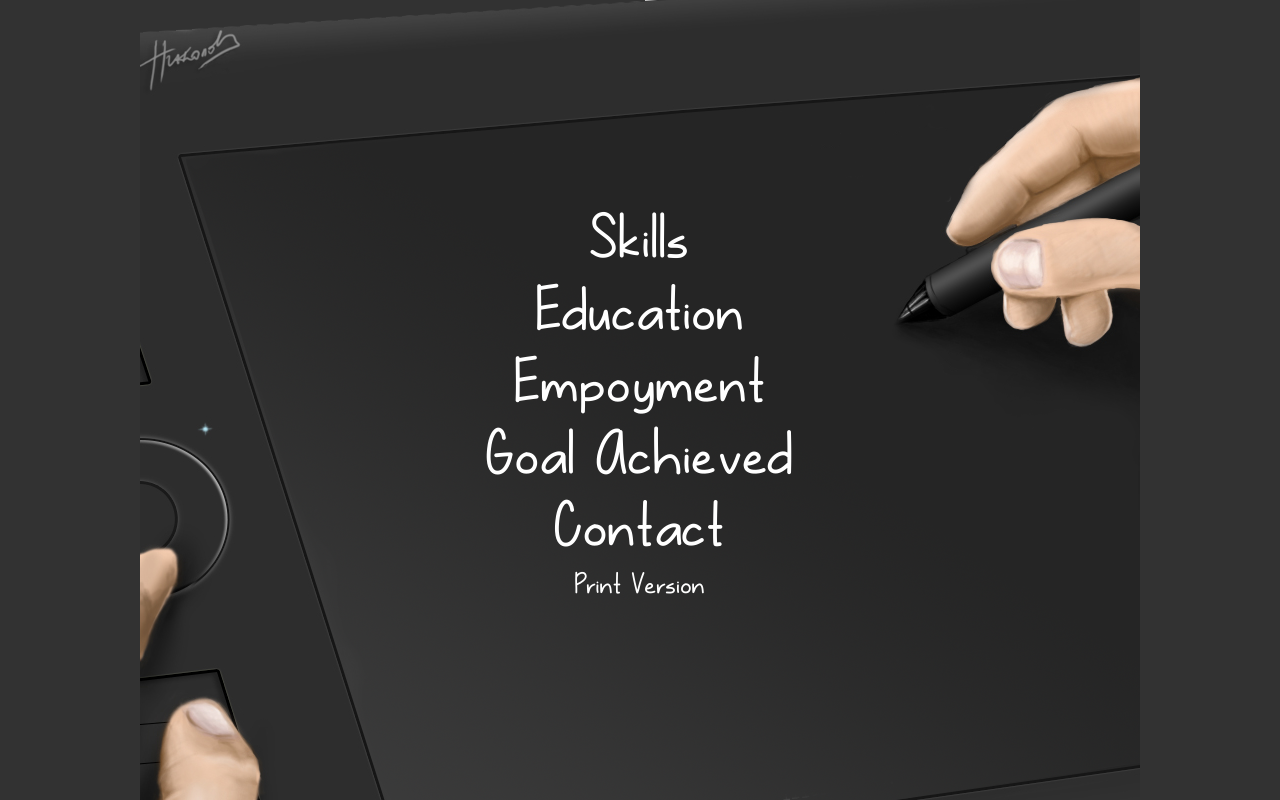
Repository: nikichanko/cv
Page: index.html
The author's editor kept a copy of each file at every save. The page is drawn from the files as they stood at one save, then again after the next save.
The browser window is 1280 px wide. The pictures show the whole page.

Above is the page before, as saved 2018-08-10 00:42:35.

### index.html
<!DOCTYPE html>
<html>
  <head>
    <link rel="stylesheet" type="text/css" href="css/styles.css">
    <meta name="viewport" content="width=device-width, initial-scale=1">
    <link rel="stylesheet" type="text/css" href="css/scroll.css">
    <script src="https://ajax.googleapis.com/ajax/libs/jquery/3.3.1/jquery.min.js"></script>
    <script src="js/scroll.js"></script>
    <title>Nikolay Nikolov - CV</title>
  </head>
  <body>
    <div class="wrapper">
      <div class="menu">
        <div class="item">
          <span>Skills</span>
        </div>
        <div class="content">
          <i class="close"></i>
          <div class="ul-wrapper" id="scroll-3">
            <ul>
              <li>Program Languages:</li>
              <ol>ECMAScript 6, JAVA, Swift 4, Objective C</ol>
              <ol>HTML, JS, CSS (LESS and SASS), PHP</ol>
              <li>Frameworks and Libraries:</li>
              <ol>React Native, JQuery, Ajax, Smarty Template Engine</ol>
              <li>Program and Web Tools:</li>
              <ol>Android Studio, Xcode 9, Note (npm)</ol>
              <ol>Apple Connect and Google Console, Appsflyer, Fabric, Firebase, Faslane</ol>
              <ol>Photoshop, Illustrator, Sketch</ol>
              <li>Strong Knowledge in:</li>
              <ol>GitFlow, RESTful API, Responsive and Mobile Design, UX nad UI Design</ol>
              <li>Best Practices in:</li>
              <ol>OOP, Test Driven Development, Cross platform development</ol>
              <li>Other Abilities:</li>
              <ol>Digital Drawing of web application arts with graphic tablet</ol>
            </ul>
           </div>
        </div>
        <div class="item">
          <span>Education</span>
        </div>
        <div class="content">
            <i class="close"></i>
            <ul>
              <li>M. Sc. in Computer Science</li>
              <ol>From 2011 - 2013</ol>
              <ol>Technical University Gabrovo</ol>
              <ol>Subject: Computer System and Technologies</ol>
            </ul>
        </div>
        <div class="item">
          <span>Empoyment</span>
        </div>
        <div class="content">
            <i class="close"></i>
            <div class="ul-wrapper" id="scroll-2">
              <ul>
                <li>from 12. 2016 to present</li>
                <ol>Employer: Mansion Technology and Operations Centre</ol>
                <ol>Professional Title: front-end developer</ol>
                <ol>from 11. 2017 working as mobile developer in agile environment</ol>
                <li>from 05. 2014 to 12. 2016</li>
                <ol>Employer: Support Service LTD for Image-Line Belgium</ol>
                <ol>Professional Title: fullstack web developer with more front-end responsibilities</ol>
              </ul>
            </div>
        </div>
        <div class="item">
          <span>Goal Achieved</span>
        </div>
        <div class="content">
          <i class="close"></i>
          <div class="ul-wrapper" id="scroll-1">
            <ul>
              <li>As mobile developer:</li>
              <ol>Applications in stores:</ol>

                <img src="img/casino.png" title="CasinoSlots" class="app-icon" style="margin-left: 10px;" />
                <img src="img/ccbj.png" title="Casino BlackJack" class="app-icon" />
                <img src="img/sh.png" title="Slostheaven" class="app-icon" />
                <img src="img/mc.png" title="MansionCasino" class="app-icon" />

              <ol>Quick switching from web to mobile development</ol>
              <ol>Key person with leading role in mobile team</ol>
              <ol>Be main part of critical moments when quick reaction and self-organization is very important</ol>
              <ol>The person that implemented React Native framework in real mobile apps</ol>
              <ol>Publishing and then dealing with rejection of apps in both stores</ol>
              <ol>Implementations: Redux, Geo location services, Biometic authetification with
                RESTful API login, React Native navigation, Unit, Integration and Snapshot Tests with Jest, executed in CI system (Bamboo),
                Cross-platform and multi-device layouts, Exposing many custom code from Native to React Native (NativeModules and NativeEventEmitter)</ol>
              <li>As front-end developer:</li>
              <ol>Responsive and mobile designs with no compromises in details</ol>
              <ol>Developed many end-to-end web applications like: Image Sliders with lazyloading, javascript Video and Audio Players with full mobile support</ol>
              <ol>RESTful API integrations</ol>
              <ol>Unit testing with Jasmine</ol>
            </ul>
          </div>
        </div>
        <div class="item">
          <span>Contact</span>
        </div>
        <div class="content">
            <i class="close"></i>
              <ul>
                <ol>Address: Sofia, Bulgaria</ol>
                <ol>Phone: +359/896 527 353</ol>
                <script type="text/javascript" src="https://form.jotformeu.com/jsform/82187298762370"></script>
              </ul>
        </div>
        <div class="item print">
            <span>Print Version</span>
          </div>
      </div>
    </div>
    <script src="js/common.js"></script>
  </body>
</html>

### css/styles.css
@font-face {
  font-family: 'Just Gotta Smile';
  src: url('./fonts/JustGottaSmile.woff2') format('woff2'),
      url('./fonts/JustGottaSmile.woff') format('woff'),
      url('./fonts/JustGottaSmile.ttf') format('truetype');
  font-weight: 500;
  font-style: normal;
}

@font-face {
  font-family: 'Josefin Slab';
  src: url('./fonts/JosefinSlab.woff2') format('woff2'),
      url('./fonts/JosefinSlab.woff') format('woff'),
      url('./fonts/JosefinSlab.ttf') format('truetype');
  font-weight: normal;
  font-style: normal;
}
ul, li, ol, body {
  margin: 0;
  padding: 0;
}

body {
  background-color: #323232;
  width: 100%;
  font-family: 'Just Gotta Smile';
  color: #fff;
}

.wrapper {
  position: relative;
  width: 100%;
  max-width: 1000px;
  height: 800px;
  margin: 0 auto;
  background-image: url(../img/cv_bg.png);
  background-repeat: no-repeat;
  background-position: right top;
  background-size: cover;
}

.menu {
  line-height: 70px;
  margin: 0 auto;
  position: absolute;
  text-align: center;
  width: 100%;
  font-size: 64px;
  top: 200px;
}

.item {
  position: relative;
  left: 50%;
  opacity: 1;
  transform: translateX(-50%) ;
  -ms-transform: translateX(-50%) ; /* IE 9 */
  -webkit-transform: translateX(-50%); /* Safari 3-8 */
  transition: opacity 0.2s ease-out;
  -webkit-touch-callout: none; /* iOS Safari */
  -webkit-user-select: none; /* Safari */
   -khtml-user-select: none; /* Konqueror HTML */
     -moz-user-select: none; /* Firefox */
      -ms-user-select: none; /* Internet Explorer/Edge */
          user-select: none; /* Non-prefixed version, currently
                                supported by Chrome and Opera */
}
.item.print {
  font-size: 30px;
  line-height: 45px;
}

.item span {
  cursor: pointer;
  position: relative;
}

.item.closed {
  opacity: 0;
  height: 0;
  visibility: hidden;
}

.content {
  font-family: 'Josefin Slab';
  padding-top: 2px;
  max-width: 600px;
  text-align: left;
  top: 50px;
  width: 56%;
  margin: 0 auto;
  line-height: 40px;
  height: 0;
  opacity: 0;
  transition: opacity 0.5s ease-in-out;
  position: relative;
  visibility: hidden;
  overflow: hidden;
}

.ul-wrapper {
  height: 450px;
  position: relative;
  overflow: hidden;
}

.content.open {
  overflow: visible;
  height: auto;
  opacity: 1;
  transition: opacity 0.5s ease-in-out;
  visibility: visible;
}
.content {
  line-height: 30px;
}
.content ul {
  padding-top: 10px;
  padding-left: 20px;
}
.content li {
  font-weight: bold;
  font-size: 20px;
  padding:5px 0;
}
.content ol {
  font-size: 18px;
  margin-left: 15px;
  position: relative;
}
.content ol:before {
  content: "";
  background-image: url(../img/arrow.png);
  background-repeat: no-repeat;
  background-size: contain;
  width: 12px;
  height: 13px;
  position: absolute;
  left: -22px;
  top: 8px;
  opacity: 0.6;
}

.item:hover {
  color: #a4cbe6;
}

.close {
  position: absolute;
  top: -29px;
  left: -7px;
  width: 45px;
  height: 45px;
  opacity: 0.3;
}
.close:hover {
  opacity: 1;
}
.close:before, .close:after {
  position: absolute;
  left: 15px;
  content: ' ';
  height: 25px;
  width: 2px;
  background-color: #fff;
}
.close:before {
  transform: rotate(45deg);
}
.close:after {
  transform: rotate(-45deg);
}

.app-icon {
  width: 45px;
  margin-right: 10px;
}

@media only screen and (max-width: 1000px) {
  .content {
    width: 90%;
  }
  .item span {
    cursor: default;
  }
}

### css/scroll.css
/*
 * Container style
 */
 .ps {
  overflow: hidden !important;
  overflow-anchor: none;
  -ms-overflow-style: none;
  touch-action: auto;
  -ms-touch-action: auto;
}

/*
 * Scrollbar rail styles
 */
.ps__rail-x {
  display: none;
  opacity: 0;
  transition: background-color .2s linear, opacity .2s linear;
  -webkit-transition: background-color .2s linear, opacity .2s linear;
  height: 15px;
  /* there must be 'bottom' or 'top' for ps__rail-x */
  bottom: 0px;
  /* please don't change 'position' */
  position: absolute;
}

.ps__rail-y {
  display: none;
  opacity: 0;
  transition: background-color .2s linear, opacity .2s linear;
  -webkit-transition: background-color .2s linear, opacity .2s linear;
  width: 15px;
  /* there must be 'right' or 'left' for ps__rail-y */
  right: 0;
  /* please don't change 'position' */
  position: absolute;
}

.ps--active-x > .ps__rail-x,
.ps--active-y > .ps__rail-y {
  display: block;
  background-color: transparent;
}

.ps:hover > .ps__rail-x,
.ps:hover > .ps__rail-y,
.ps--focus > .ps__rail-x,
.ps--focus > .ps__rail-y,
.ps--scrolling-x > .ps__rail-x,
.ps--scrolling-y > .ps__rail-y {
  opacity: 0.6;
}

.ps .ps__rail-x:hover,
.ps .ps__rail-y:hover,
.ps .ps__rail-x:focus,
.ps .ps__rail-y:focus,
.ps .ps__rail-x.ps--clicking,
.ps .ps__rail-y.ps--clicking {
  background-color: #eee;
  opacity: 0.9;
}

/*
 * Scrollbar thumb styles
 */
.ps__thumb-x {
  background-color: #aaa;
  border-radius: 6px;
  transition: background-color .2s linear, height .2s ease-in-out;
  -webkit-transition: background-color .2s linear, height .2s ease-in-out;
  height: 6px;
  /* there must be 'bottom' for ps__thumb-x */
  bottom: 2px;
  /* please don't change 'position' */
  position: absolute;
}

.ps__thumb-y {
  background-color: #aaa;
  border-radius: 6px;
  transition: background-color .2s linear, width .2s ease-in-out;
  -webkit-transition: background-color .2s linear, width .2s ease-in-out;
  width: 6px;
  /* there must be 'right' for ps__thumb-y */
  right: 2px;
  /* please don't change 'position' */
  position: absolute;
}

.ps__rail-x:hover > .ps__thumb-x,
.ps__rail-x:focus > .ps__thumb-x,
.ps__rail-x.ps--clicking .ps__thumb-x {
  background-color: #999;
  height: 11px;
}

.ps__rail-y:hover > .ps__thumb-y,
.ps__rail-y:focus > .ps__thumb-y,
.ps__rail-y.ps--clicking .ps__thumb-y {
  background-color: #999;
  width: 11px;
}

/* MS supports */
@supports (-ms-overflow-style: none) {
  .ps {
    overflow: auto !important;
  }
}

@media screen and (-ms-high-contrast: active), (-ms-high-contrast: none) {
  .ps {
    overflow: auto !important;
  }
}

### js/common.js
var src1 = document.querySelector('#scroll-1');
var src2 = document.querySelector('#scroll-2');
var src3 = document.querySelector('#scroll-3');

var options = {
  maxScrollbarLength: 100,
};

var ps1 = new PerfectScrollbar(src1, options);
var ps2 = new PerfectScrollbar(src2, options);
var ps3 = new PerfectScrollbar(src3, options);

$(".item span").on('click', function() {
  var _t = $(this).parents('.item');
  setTimeout(function(){
    _t.next('.content').addClass('open');
  },100);
  $('.item').each(function(i, v) {
    if (!_t.is(v)) {
      $(v).addClass('closed');
      $(v).next('.content').removeClass('open');
    }
    else {
      $(v).removeClass('closed');
    }
  });
});

$('.close').on('click', function(){
  $('.item').each(function(i, v) {
    setTimeout(function(){
      $(v).removeClass('closed');
    },100);
    $(v).next('.content').removeClass('open');
  });
});

Loaded but not shown: js/scroll.js (1324 lines, source omitted)

After the next save:
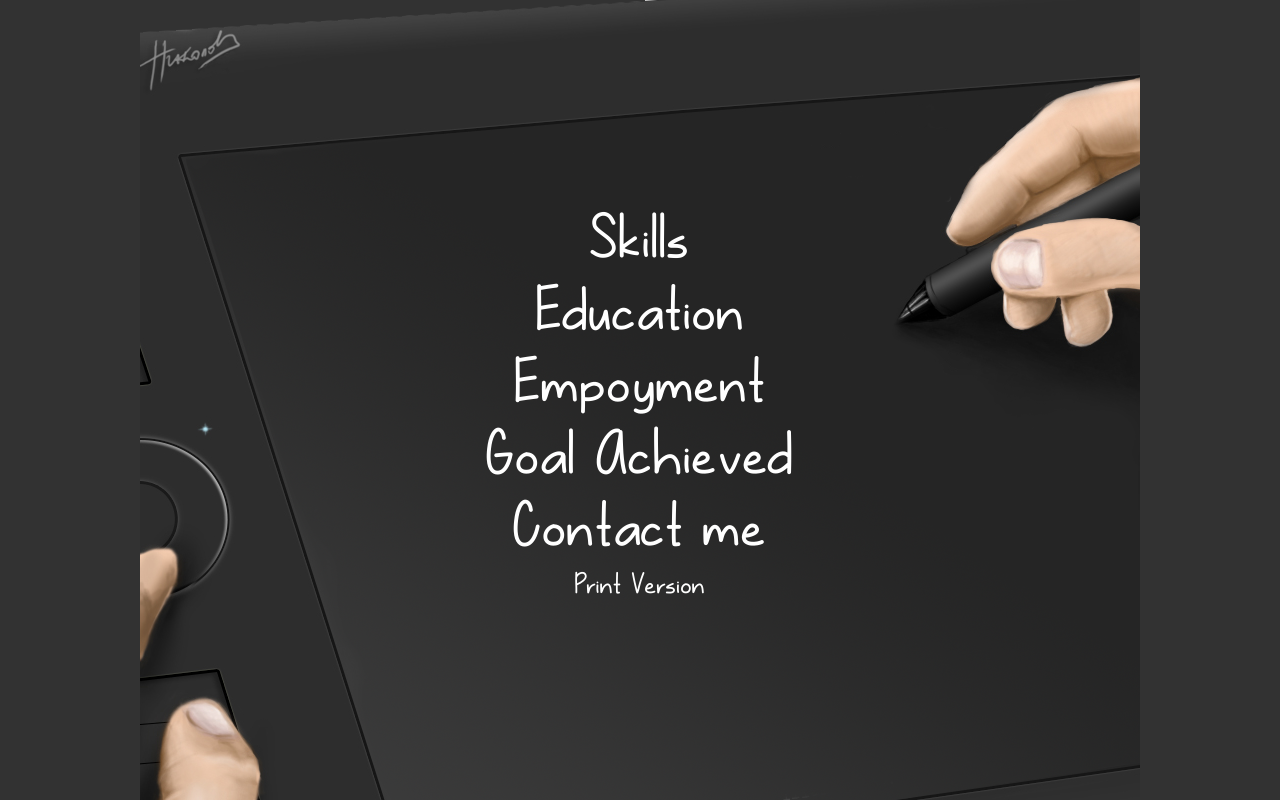
Saved 71 s later.
--- a/index.html
+++ b/index.html
@@ -97,7 +97,7 @@
           </div>
         </div>
         <div class="item">
-          <span>Contact</span>
+          <span>Contact me</span>
         </div>
         <div class="content">
             <i class="close"></i>

After the save that followed:
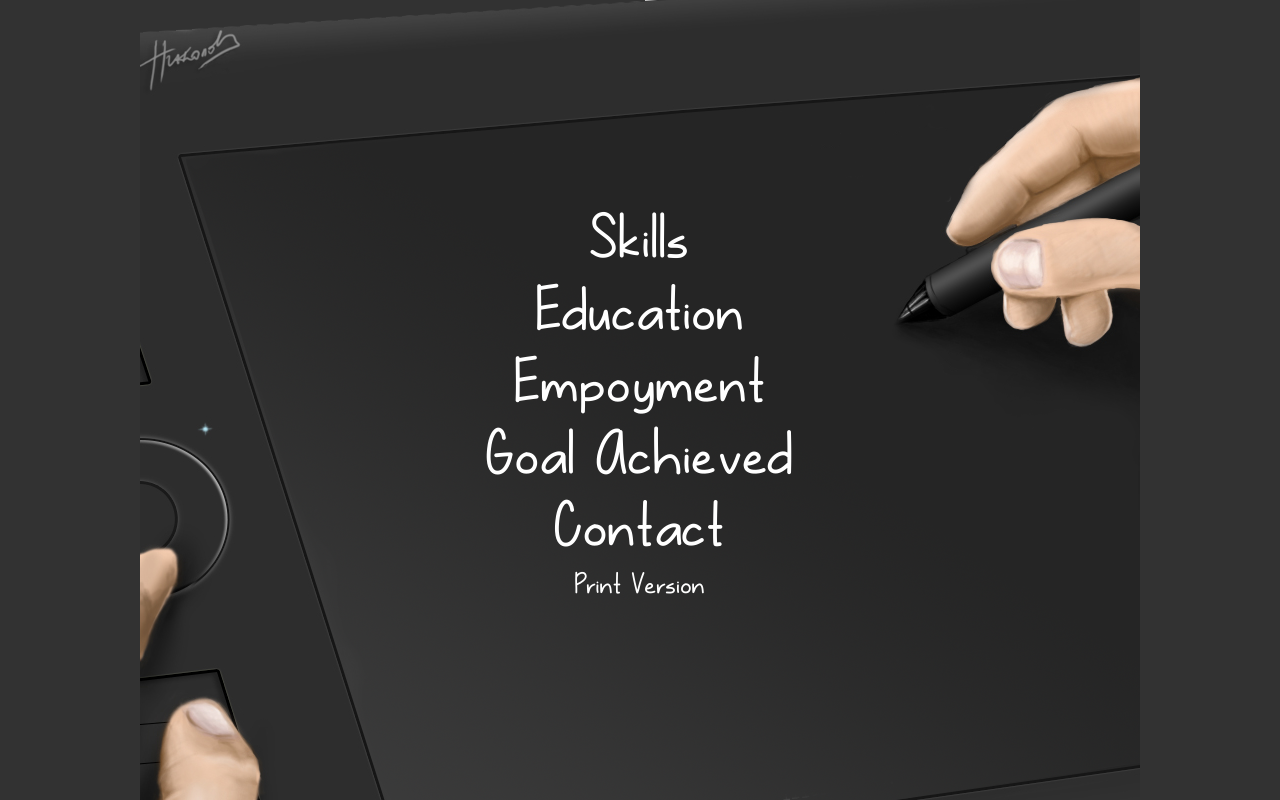
Saved 26 s later.
--- a/index.html
+++ b/index.html
@@ -97,7 +97,7 @@
           </div>
         </div>
         <div class="item">
-          <span>Contact me</span>
+          <span>Contact</span>
         </div>
         <div class="content">
             <i class="close"></i>
